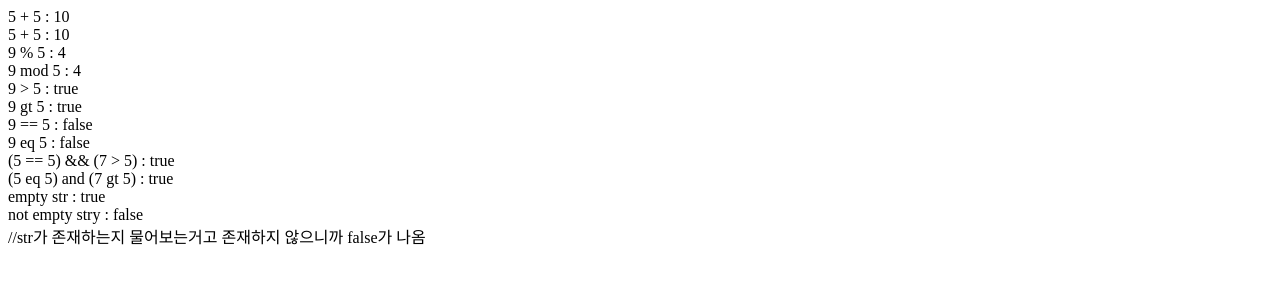
Repository: skim24245/web_workspace_src
Page: http://localhost/Lecture-Web/jsp/el/exam01.jsp
These files come from the project's save history. The page is drawn as it stood at one moment and after the next save; the edit follows.
The browser window is 1280 px wide. The pictures show the whole page.
The page is served by Tomcat 9. Other server files are loaded and not shown. The template is opened directly, without the code that normally fills it, so the values that code supplies are empty.

Above is the page before, as saved 2022-06-07 01:08:25.

### Lecture-Web/src/main/webapp/jsp/el/exam01.jsp
<%@ page language="java" contentType="text/html; charset=UTF-8"
    pageEncoding="UTF-8"%>
<!DOCTYPE html>
<html>
<head>
<meta charset="UTF-8">
<title>EL 연산자</title>
</head>
<body>
5 + 5 : <%= 5 + 5  %><br>
5 + 5 : ${ 5 +5 }<br>
9 % 5 : ${ 9 % 5 } <br>
9 mod 5 : ${ 9 mod 5 } <br>
9 > 5 : ${ 9 > 5 } <br>
9 gt 5 :  ${ 9 gt 5 }<br>
9 == 5 : ${ 9 == 5 }<br>
9 eq 5 : ${ 9 eq 5 }<br>

(5 == 5) && (7 > 5) : ${ (5 == 5) && (7 > 5) } <BR>
(5 eq 5) and (7 gt 5) : ${ (5 eq 5) and (7 gt 5) }<br>

empty str : ${ empty str }<br>
not empty stry : ${ not empty str }<BR>
//str가 존재하는지 물어보는거고 존재하지 않으니까 false가 나옴


</body>
</html>

After the next save:
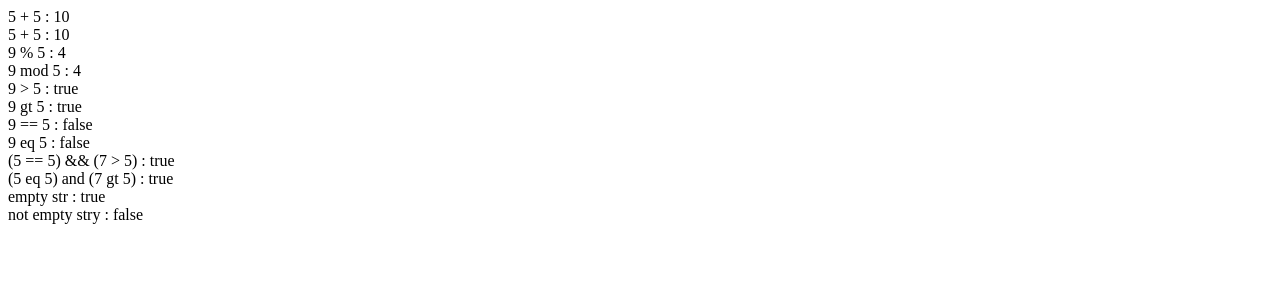
Saved 7 s later.
--- a/Lecture-Web/src/main/webapp/jsp/el/exam01.jsp
+++ b/Lecture-Web/src/main/webapp/jsp/el/exam01.jsp
@@ -21,7 +21,7 @@
 
 empty str : ${ empty str }<br>
 not empty stry : ${ not empty str }<BR>
-//str가 존재하는지 물어보는거고 존재하지 않으니까 false가 나옴
+
 
 
 </body>
